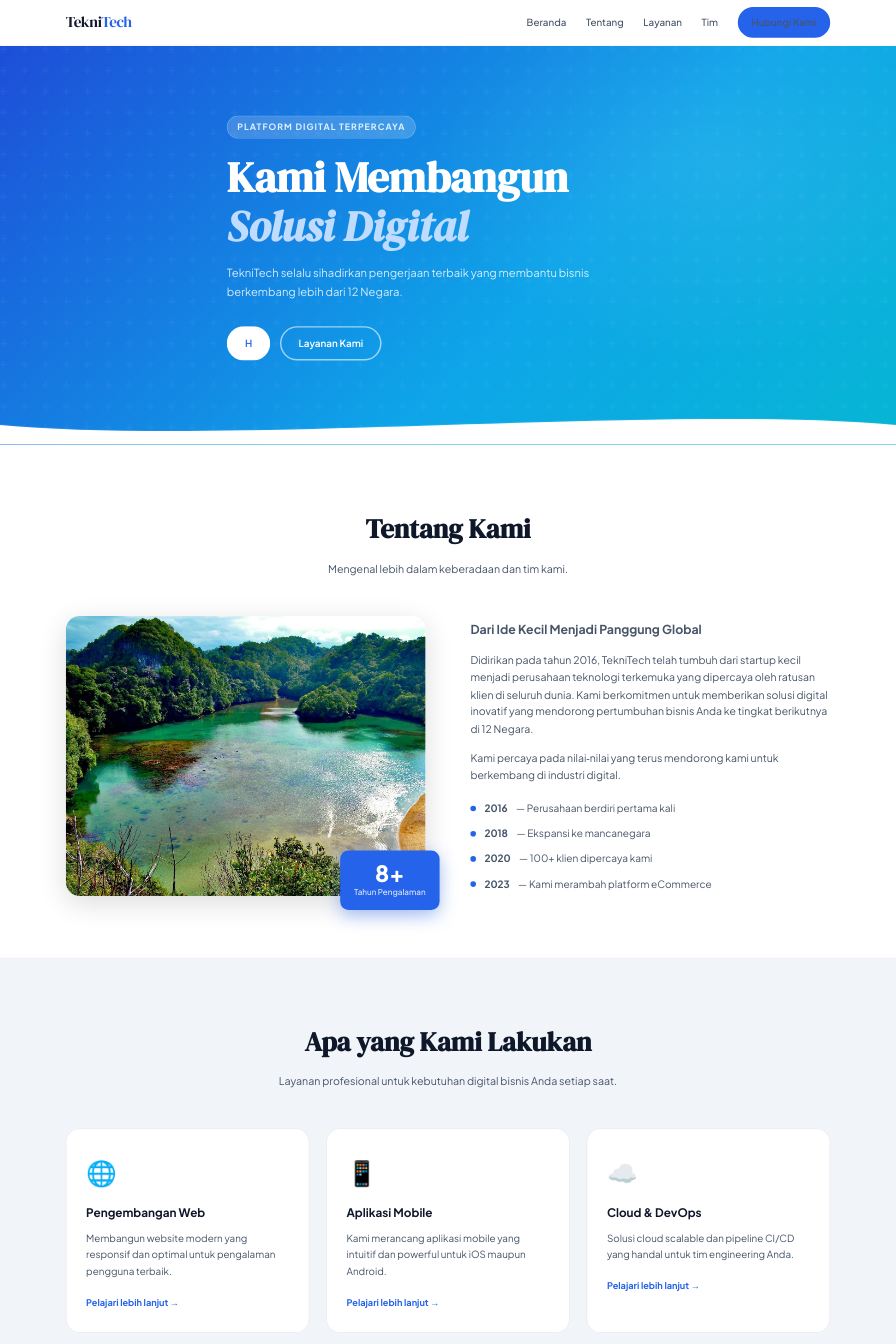
Repository: rufi1126/241552010002-Web-Application-Development
Page: utss/index.html
The author's editor kept a copy of each file at every save. The page is drawn from the files as they stood at one save, then again after a run of saves.
The browser window is 1280 px wide. The pictures show the part of the page from y = 0 to 1920 px (the page is 4209 px tall), at 70% of full size.

Above is the page before, as saved 2026-05-08 02:06:45.

After the next 3 saves:
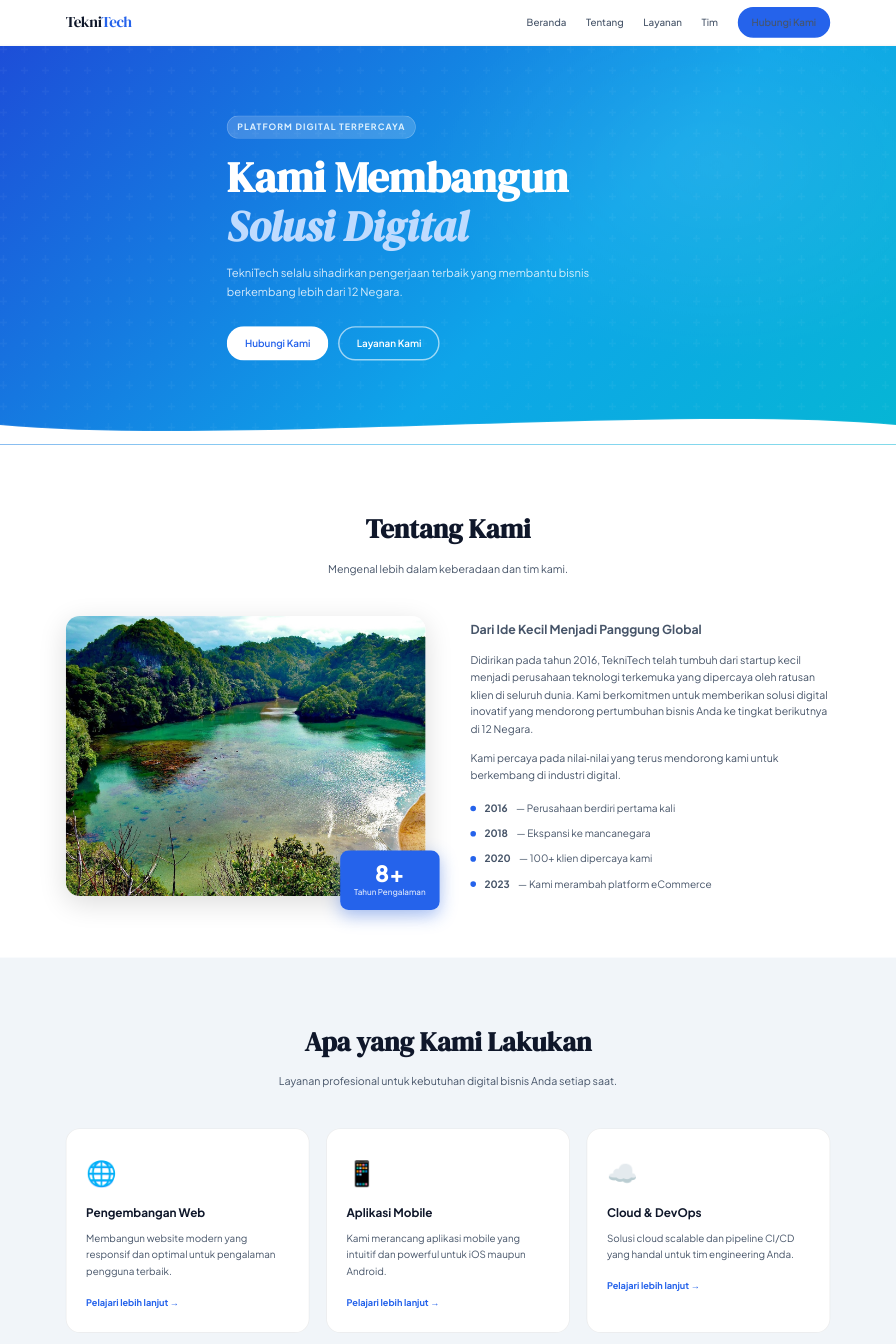
The 3 saves are shown as one change because they came seconds apart.
The last was saved 8 s later.
--- a/utss/index.html
+++ b/utss/index.html
@@ -34,7 +34,7 @@
       <h1>Kami Membangun<br /><em>Solusi Digital</em></h1>
       <p class="hero-sub">TekniTech selalu sihadirkan pengerjaan terbaik yang membantu bisnis berkembang lebih dari 12 Negara.</p>
       <div class="hero-cta">
-        <a href="#" class="btn btn-white">H</a>
+        <a href="#" class="btn btn-white">Hubungi Kami</a>
         <a href="#" class="btn btn-outline-white">Layanan Kami</a>
       </div>
     </div>
